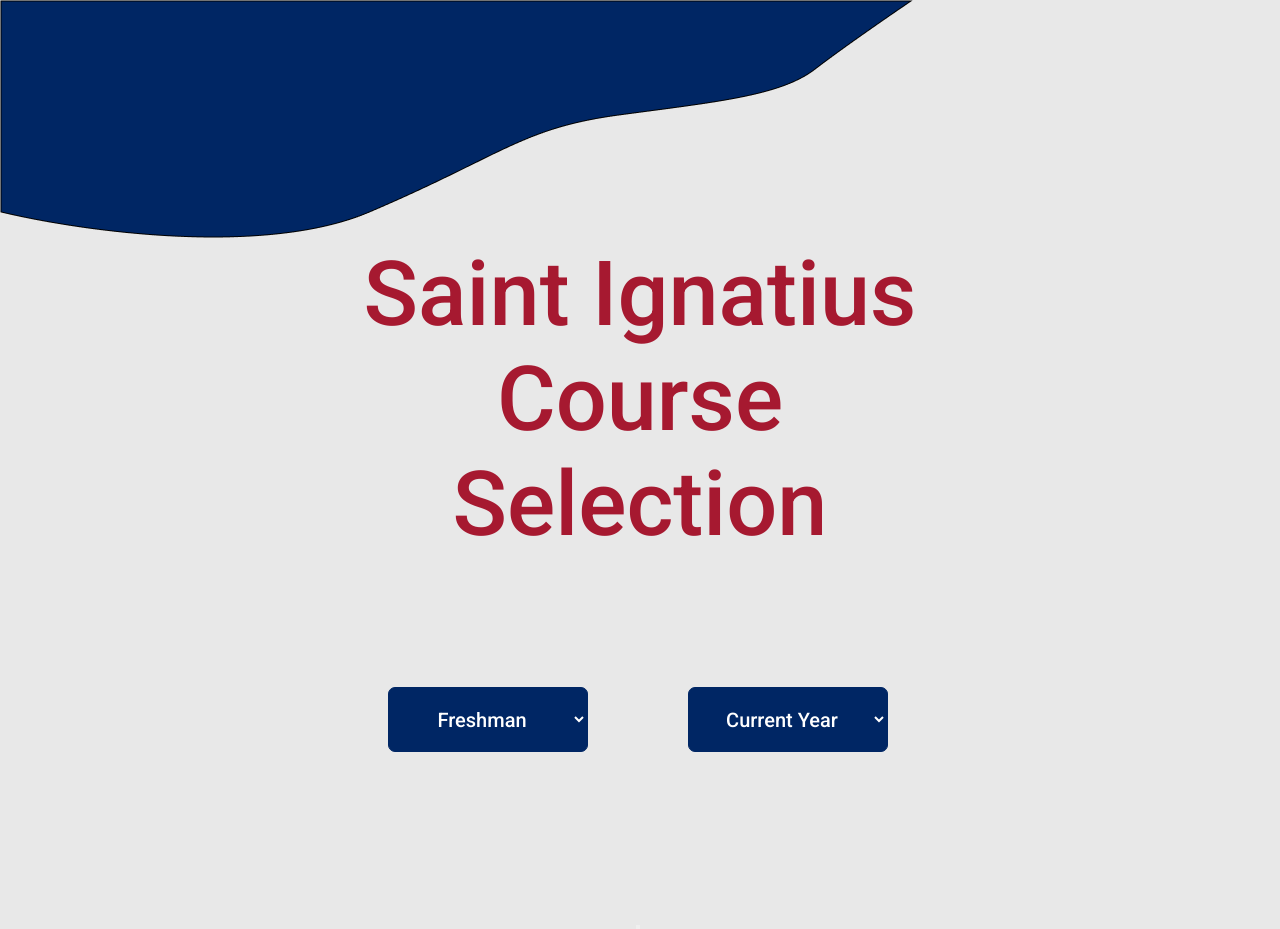
Repository: BuddyBob/si_course_selection
Page: /#/
The author's editor kept a copy of each file at every save. The page is drawn from the files as they stood at one save, then again after the next save.
The browser window is 1280 px wide. The pictures show the whole page.
The project was rebuilt for these pictures with package versions that can differ from the ones it lists, and the page was loaded fresh each time.

Above is the page before, as saved 2022-12-29 12:06:58.

### public/index.html
<!DOCTYPE html>
<html lang="en">
  <head>
    <meta charset="utf-8" />
    <link rel="icon" href="%PUBLIC_URL%/favicon.ico" />
    <meta name="viewport" content="width=device-width, initial-scale=1" />
    <meta name="theme-color" content="#000000" />
    <meta
      name="description"
      content="Web site created using create-react-app"
    />
    <link rel="apple-touch-icon" href="%PUBLIC_URL%/logo192.png" />
    <link rel="manifest" href="%PUBLIC_URL%/manifest.json" />

    <link rel="preconnect" href="https://fonts.googleapis.com">
    <link rel="preconnect" href="https://fonts.gstatic.com" crossorigin>
    <link href="https://fonts.googleapis.com/css2?family=Open+Sans:wght@300;400&family=Roboto:wght@500&display=swap" rel="stylesheet">
    <title>React App</title>
  </head>
  <body>
    <noscript>You need to enable JavaScript to run this app.</noscript>
    <div id="root"></div>

  </body>
</html>

### src/index.js
import App from './App';
import React from 'react';
import ReactDOM from 'react-dom';
import { HashRouter as Router } from 'react-router-dom';

ReactDOM.render(<Router>< App /></Router>, document.getElementById("root"));

### src/App.js
import './index.css'

import {
    Route,
    Routes,
} from "react-router-dom";

import Home from "./Home";

export default function App() {
    return (
          <Routes>
            <Route  exact path='/' element={<Home/>} />
          </Routes>
    );
  }

### src/index.css
:root {
  --background:#e8e8e8;
  --main:#002664;
  --secondary:#A61930;
  --highlight:#2D2D2D;
  --text:#2D2D2D;
}

*{
  padding: 0;
  margin: 0;
  box-sizing: border-box;
  cursor: default;
  font-family: 'Open Sans', sans-serif;
  font-family: 'Roboto', sans-serif;
}

body{
  background: var(--background);
  overflow-x: hidden;
}


.main-container{
  display: flex;
  flex-direction: column;
  justify-content: center;
  align-items: center;
  padding: 0px;
  gap: 80px;
}

.title{
  font-style: normal;
  font-size: 90px;
  color: var(--secondary);
  font-weight: 450;
  /* center text to page; */
  margin: auto;
  width: 50%;
  text-align: center;

}

/* .grade{
  position: relative;
  background-color: var(--main);
  padding:30px;
  border-radius: 10px;
  border: 2px solid var(--main);
  width:10%;
  height: 10%;
  top:500px;
  right:300px
}

.years{
  position: relative;
  background-color: var(--main);
  padding:30px;
  border-radius: 10px;
  border: 2px solid var(--main);
  width:10%;
  height: 10%;
  top:340px;
  left:300px
} */

select {
  border: #002664 1px solid;
  border-radius: 7px;
  background: #002664;
  width: 200px;
  height: 65px;/*Width of select dropdown to give space for arrow image*/
  color: #FFF;
  padding: 20px;
  text-align: center;
  font-size: 20px;
  font-weight: 30px;
  margin: 50px;
}

.pg1dd {
  position: relative;

}

.arrow5{
  justify-content: center;
  align-items: center;
  position: relative;
  right: 50%;
  top:200px;


}

### src/Home.js
import React from 'react'
import arrow5 from './assets/Arrow 5.svg'
import vector1 from './assets/Vector 1.png'
function Home() {
  function formSubmit(e){
    e.preventDefault();
    console.log("option changed")
    console.log(e.target.value)
  }
  return (
    <div>
      <input type="image" src={vector1} alt="vector" className="vector1" />
      <div className="main-container">
        <h1 className="title">Saint Ignatius Course Selection</h1>
        <form className="pg1dd" onSubmit={() => formSubmit()}>
            <select className="grade">
                <option>Freshman</option>
                <option>Sophmore </option>
                <option>Junior</option>
                <option>Senior</option>
            </select>

            <select className="years">
                <option>Current Year</option>
                <option>All Years</option>
            </select>
            <button type="submit" src={arrow5} alt="arrow" className="arrow5" />
        </form>



      </div>
    </div>
  )
}

export default Home

After the next save:
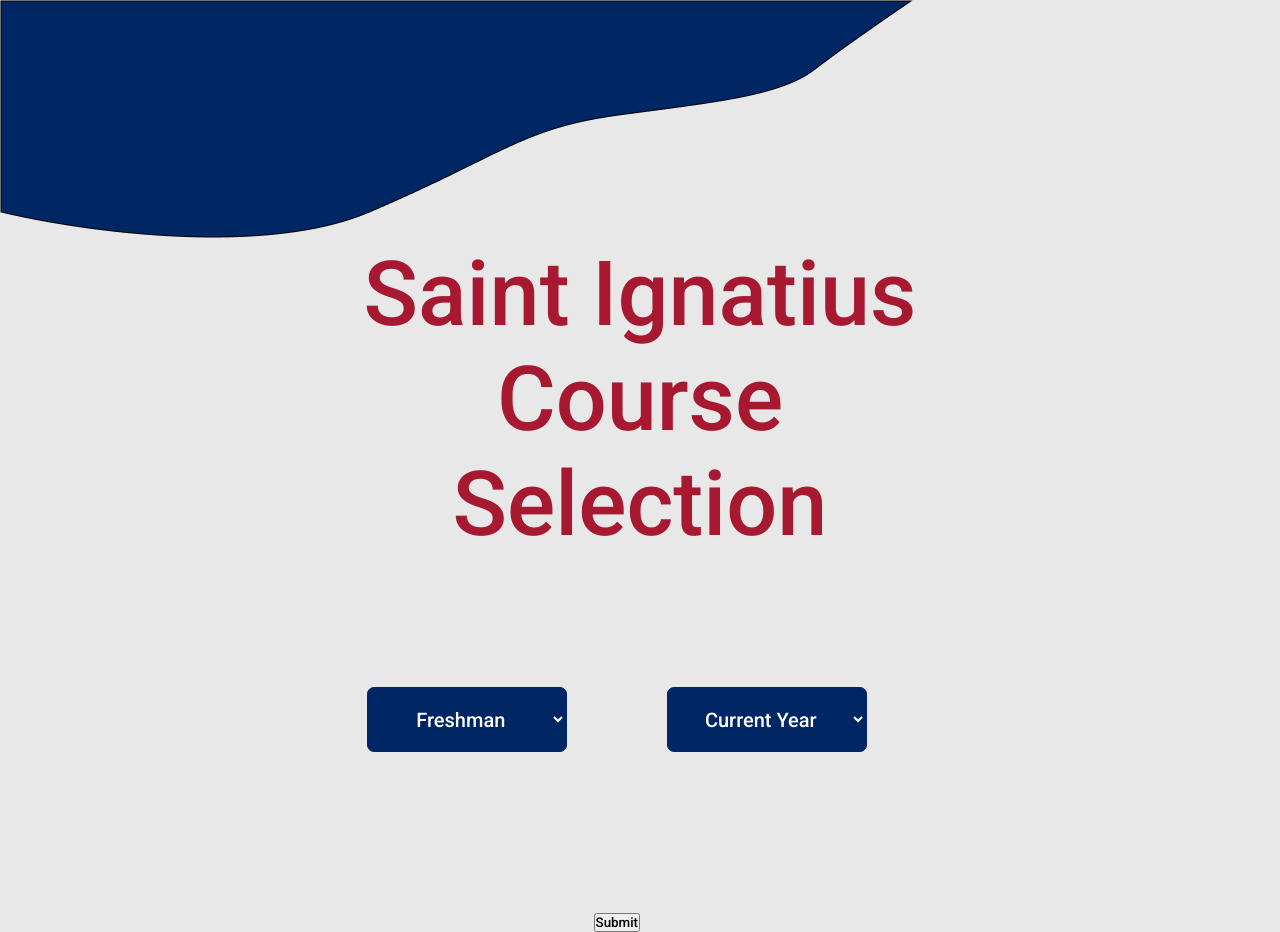
Saved 6 s later.
--- a/src/Home.js
+++ b/src/Home.js
@@ -24,7 +24,7 @@
                 <option>Current Year</option>
                 <option>All Years</option>
             </select>
-            <button type="submit" src={arrow5} alt="arrow" className="arrow5" />
+            <input type="submit" src={arrow5} alt="arrow" className="arrow5" />
         </form>
 
 
